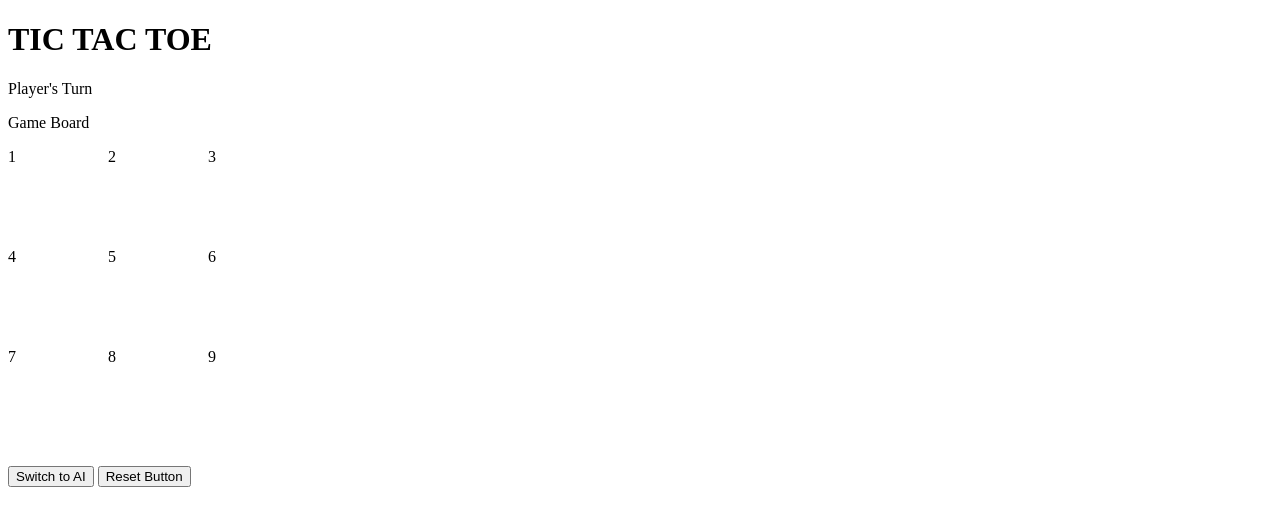
Repository: Yash19075/TicTacToe-game
Page: TicTacToe.html
These files come from the project's save history. The page is drawn as it stood at one moment and after the next save; the edit follows.
The browser window is 1280 px wide. The pictures show the whole page.

Above is the page before, as saved 2025-03-08 22:27:30.

### TicTacToe.html
<!DOCTYPE html>
<html lang="en">
<head>
    <meta charset="UTF-8">
    <meta name="viewport" content="width=device-width, initial-scale=1.0">
    <title>TicTacToe</title>
    <link rel="stylesheet" href="TicTacToe.css">
</head>
<body>
    <h1>TIC TAC TOE</h1>

    <p>Player's Turn</p>

    <p>Game Board</p>
    <div class="css-board">
        <div class="css-cell">1</div>
        <div class="css-cell">2</div>
        <div class="css-cell">3</div>
        <div class="css-cell">4</div>
        <div class="css-cell">5</div>
        <div class="css-cell">6</div>
        <div class="css-cell">7</div>
        <div class="css-cell">8</div>
        <div class="css-cell">9</div>
    </div>
    <br>
    <button>Switch to AI</button>
    <button>Reset Button</button>
</body>
</html>

### TicTacToe.css
.css-board {
    display: grid;
    grid-template-columns: repeat(3, 100px);
    grid-template-rows: repeat(3, 100px);
}

After the next save:
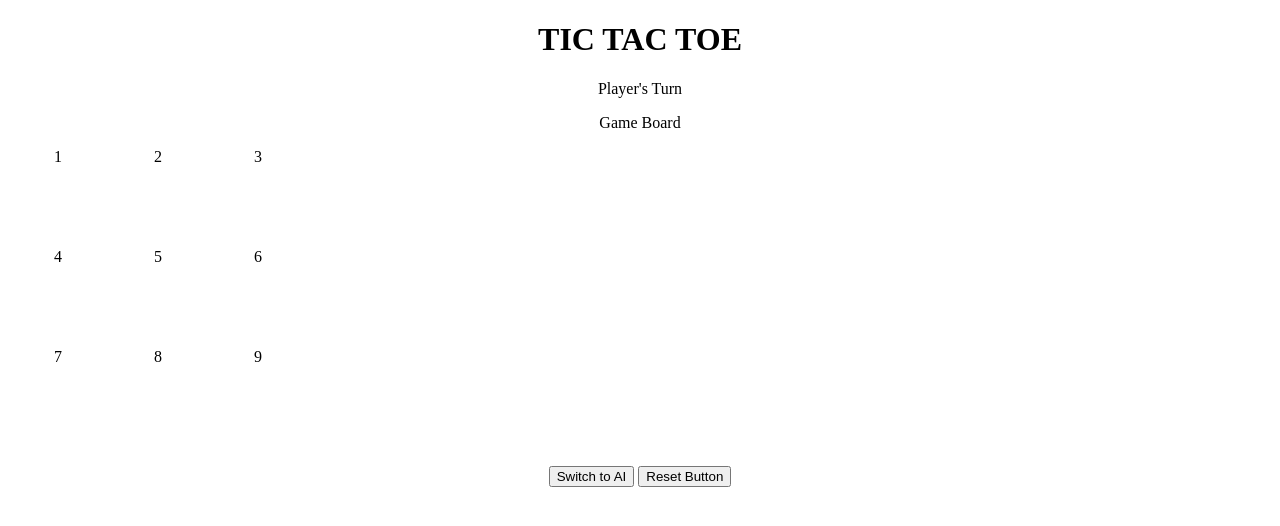
Saved 31 s later.
--- a/TicTacToe.css
+++ b/TicTacToe.css
@@ -1,5 +1,13 @@
+body {
+    text-align: center;
+}
+
+
+
+
 .css-board {
     display: grid;
     grid-template-columns: repeat(3, 100px);
     grid-template-rows: repeat(3, 100px);
+
 }
